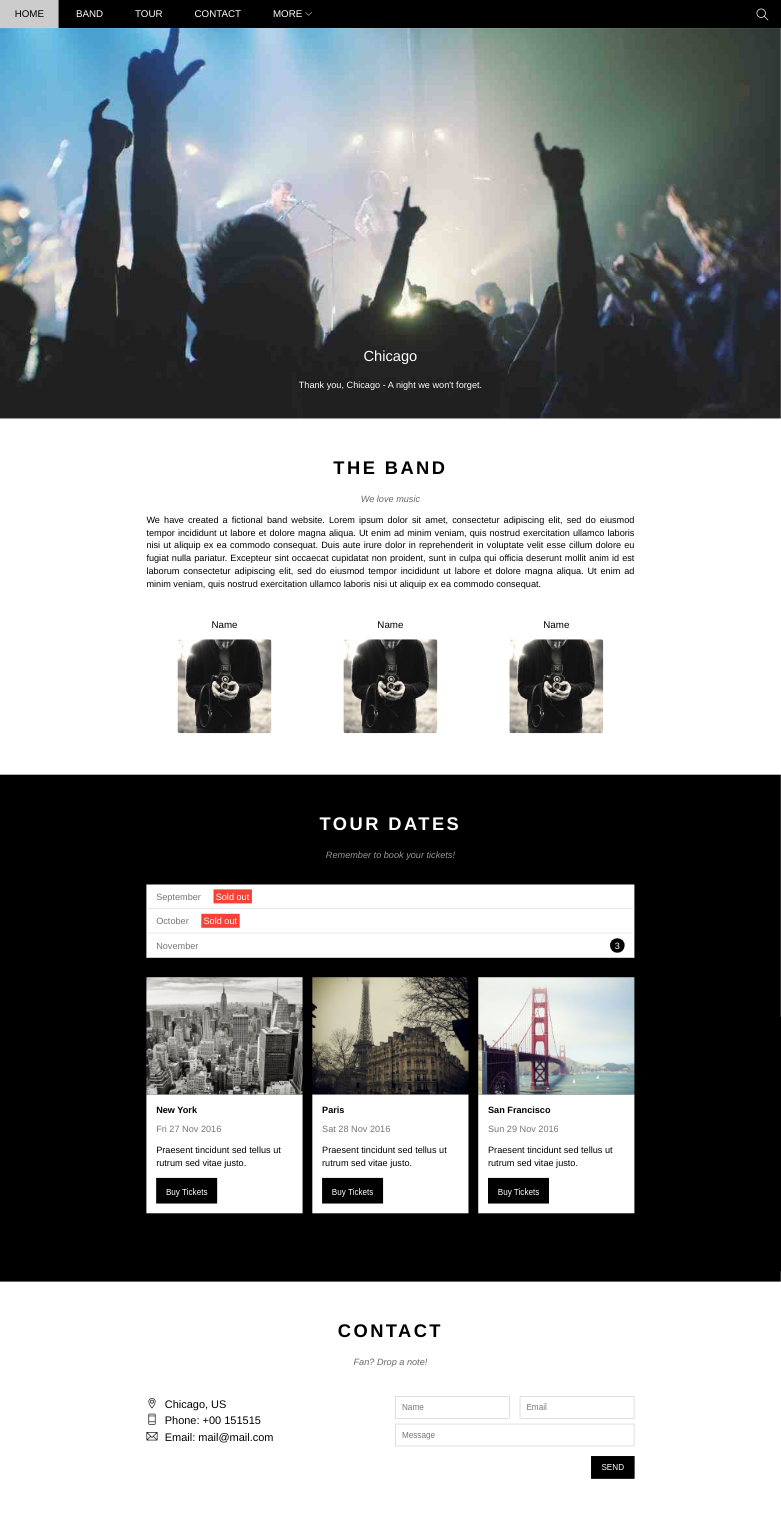
Repository: phongngotrong/w3school_reup
Page: index.html
These files come from the project's save history. The page is drawn as it stood at one moment and after the next save; the edit follows.
The browser window is 1280 px wide. The pictures show the whole page, at 61% of full size.

Above is the page before, as saved 2021-12-24 10:16:25.

After the next save:
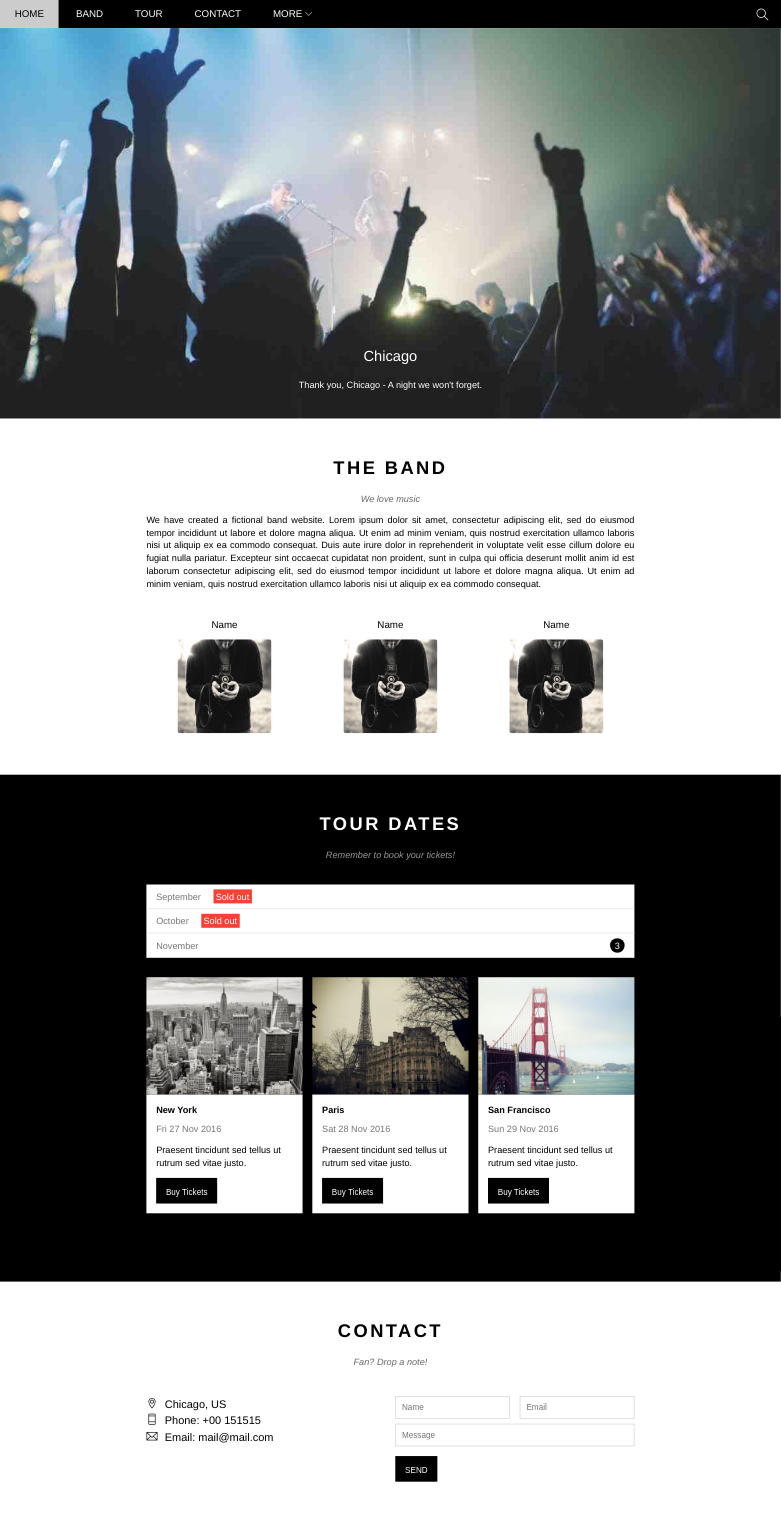
Saved 77 s later.
--- a/assets/css/style.css
+++ b/assets/css/style.css
@@ -461,13 +461,13 @@
   width: 100%;
 }
 
-.contact-form .form-submit-btn {
+/* .contact-form .form-submit-btn {
   background: #000;
   color: #fff;
   border: 1px solid #000;
   padding: 10px 16px;
   float: right;
-}
+} */
 
 /* .form-submit-btn:hover {
   background: #ccc;
